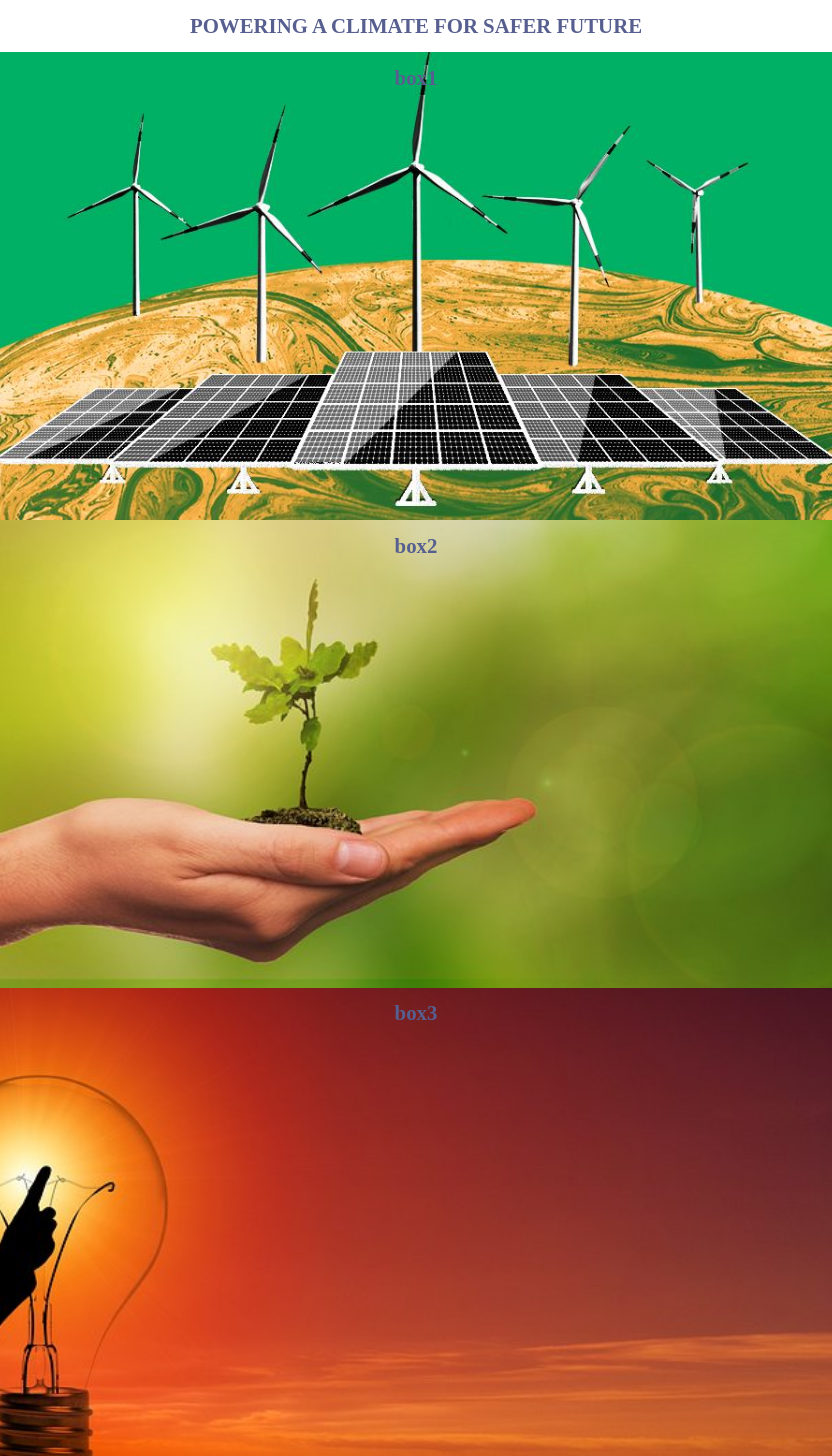
Repository: NavinDayanithi/static-web-design-competition
Page: index.html
The author's editor kept a copy of each file at every save. The page is drawn from the files as they stood at one save, then again after the next save.
The browser window is 1280 px wide. The pictures show the whole page, at 65% of full size.
Backgrounds fixed to the window are drawn as part of the page.

Above is the page before, as saved 2023-04-28 19:40:44.

### index.html
<!DOCTYPE html>
<html lang="en">
<head>
  <title>POWERING CLIMATE </title>
  <link rel="stylesheet" href="styles.css">
</head>
<body>
    <h1 >POWERING A CLIMATE FOR SAFER FUTURE</h1>
    <div class="box1">
        <h1>box1</h1>
    </div>
    <div class="box2">
        <h1>box2</h1>
    </div>
    <div class="box3">
        <h1>box3</h1>
    </div>
</body>
</html>

### styles.css
h1
{
    text-align:center;

    color:rgb(87, 95, 144);

}
head{
    background-color: rgb(11, 11, 11);
}
 body{
    margin: 0;
    padding: 0;
    /* background-color: blue; */
}
head{
    text-align: center;
}

.box1{
    height: 100vh;
    width:100%;
    background-image: url(img1.jpg);
    background-size: cover;
    background-position: center;
    display: table;
    background-attachment: fixed;
}

.box2{
    height: 100vh;
    width:100%;
    background-image: url(img2.jpg);
    background-size: cover;
    background-position: center;
    display: table;
    background-attachment: fixed;
}

.box3{
    height: 100vh;
    width:100%;
    background-image: url(img3.jpg);
    background-size: cover;
    background-position: center;
    display: table;
    background-attachment: fixed;
}

After the next save:
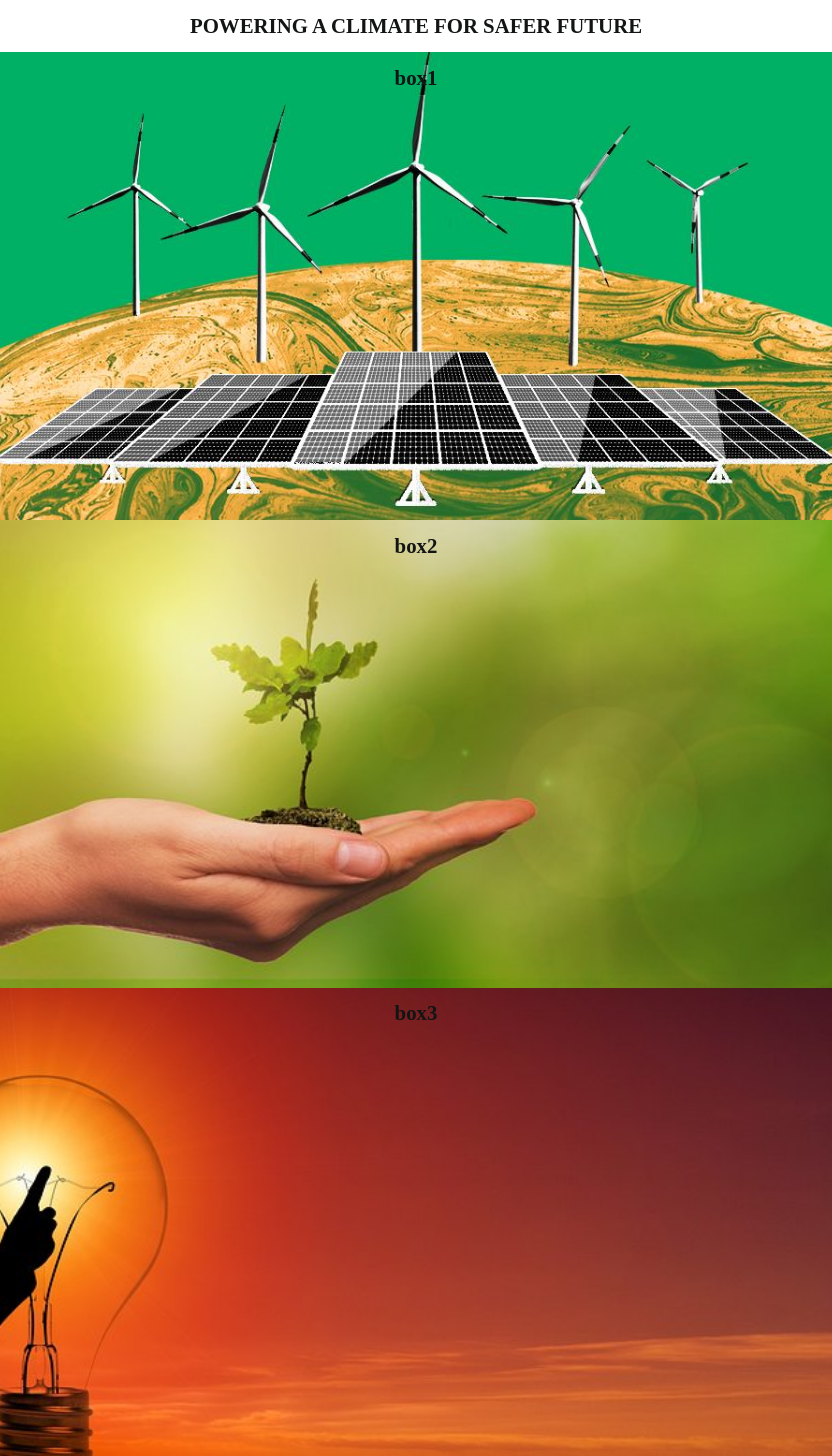
Saved 9 s later.
--- a/styles.css
+++ b/styles.css
@@ -2,7 +2,7 @@ h1
 {
     text-align:center;
 
-    color:rgb(87, 95, 144);
+    color:rgb(19, 20, 20);
 
 }
 head{
